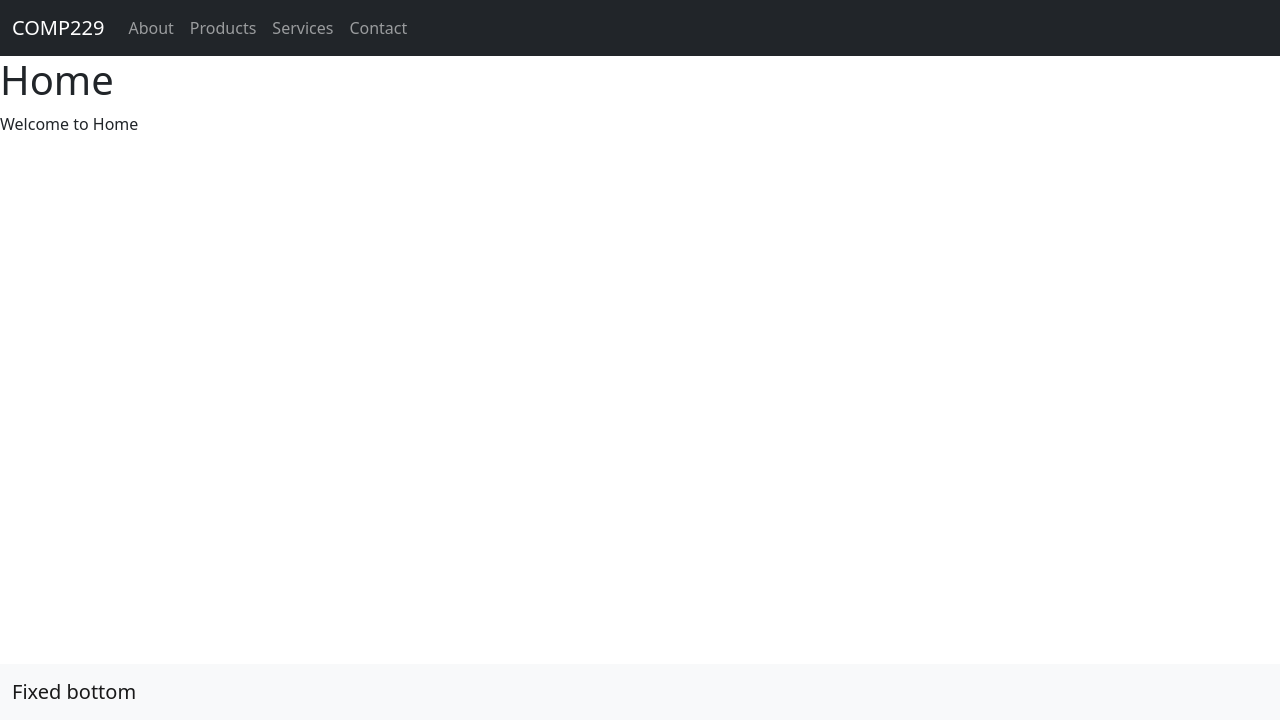
Repository: BlessingAjiboye/WEEK3DEP
Page: http://localhost/
These files come from the project's save history. The page is drawn as it stood at one moment and after the next save; the edit follows.
The browser window is 1280 px wide. The pictures show the whole page.
The page is served by the project's Node server (server.js).

Above is the page before, as saved 2022-09-21 12:40:50.

After the next save:
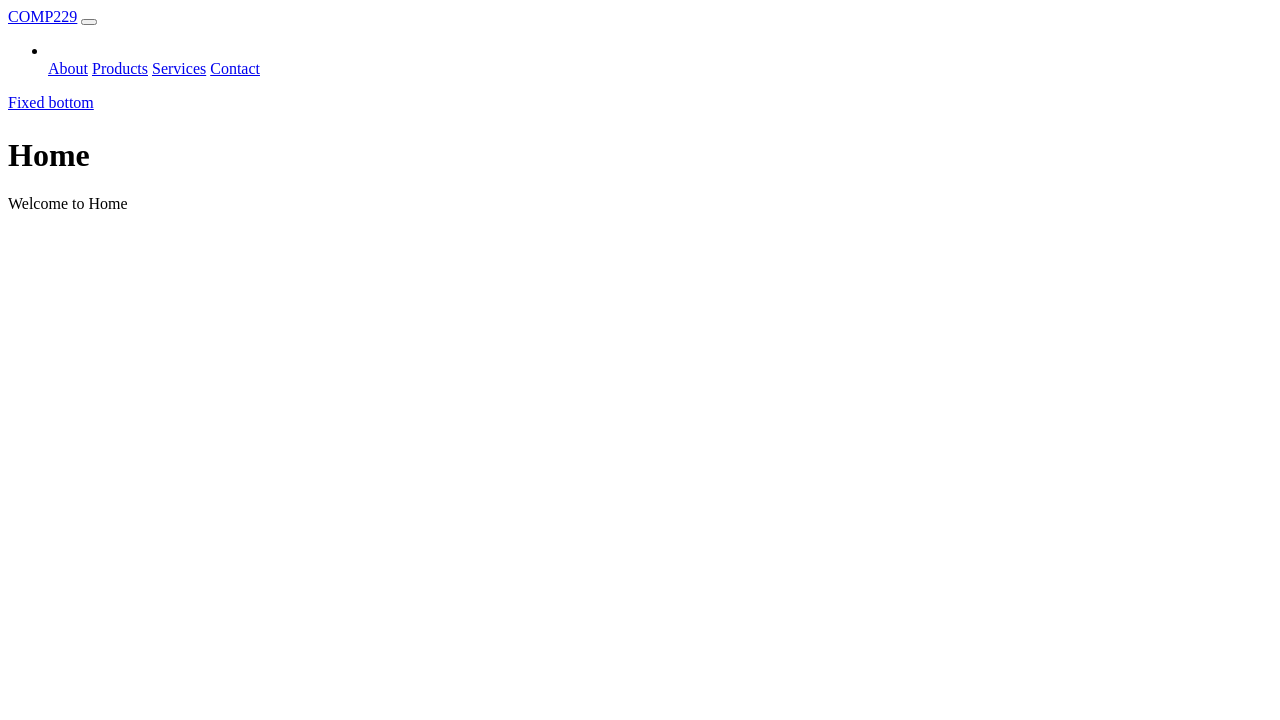
Saved 17 min 21 s later.
--- a/views/index.ejs
+++ b/views/index.ejs
@@ -1,17 +1,6 @@
-<!DOCTYPE html>
-<html lang="en">
-<head>
-  <meta charset="UTF-8">
-  <meta http-equiv="X-UA-Compatible" content="IE=edge">
-  <meta name="viewport" content="width=device-width, initial-scale=1.0">
-  <title><%= title %></title>
-  <!--css section-->
-  <link rel="stylesheet"href="/bootstrap/dist/css/bootstrap.min.css"/>
-  <link rel="stylesheet"href="@fortawesome/fontawesome-free/css/all.min.css"/>
-  <link rel='stylesheet' href='/Content/app.css' />
-</head>
-<body>
-  <nav class="navbar navbar-expand-lg navbar-dark bg-dark">
+
+
+ <nav class="navbar navbar-expand-lg navbar-dark bg-dark">
     <div class="container-fluid">
       <a class="navbar-brand" href="#">COMP229</a>
       <button class="navbar-toggler" type="button" data-bs-toggle="collapse" data-bs-target="#navbarSupportedContent" aria-controls="navbarSupportedContent" aria-expanded="false" aria-label="Toggle navigation">
@@ -68,8 +57,3 @@
   <p>Welcome to <%= title %></p>
 
   <!--Script section-->
-  <script src="/jquery/dist/jquery.min.js"></script>
-  <script src="/bootstrap/dist/js/bootstrap.min.js"></script>
-  <script src="/Scripts/app.js"></script>
-</body>
-</html>

After the save that followed:
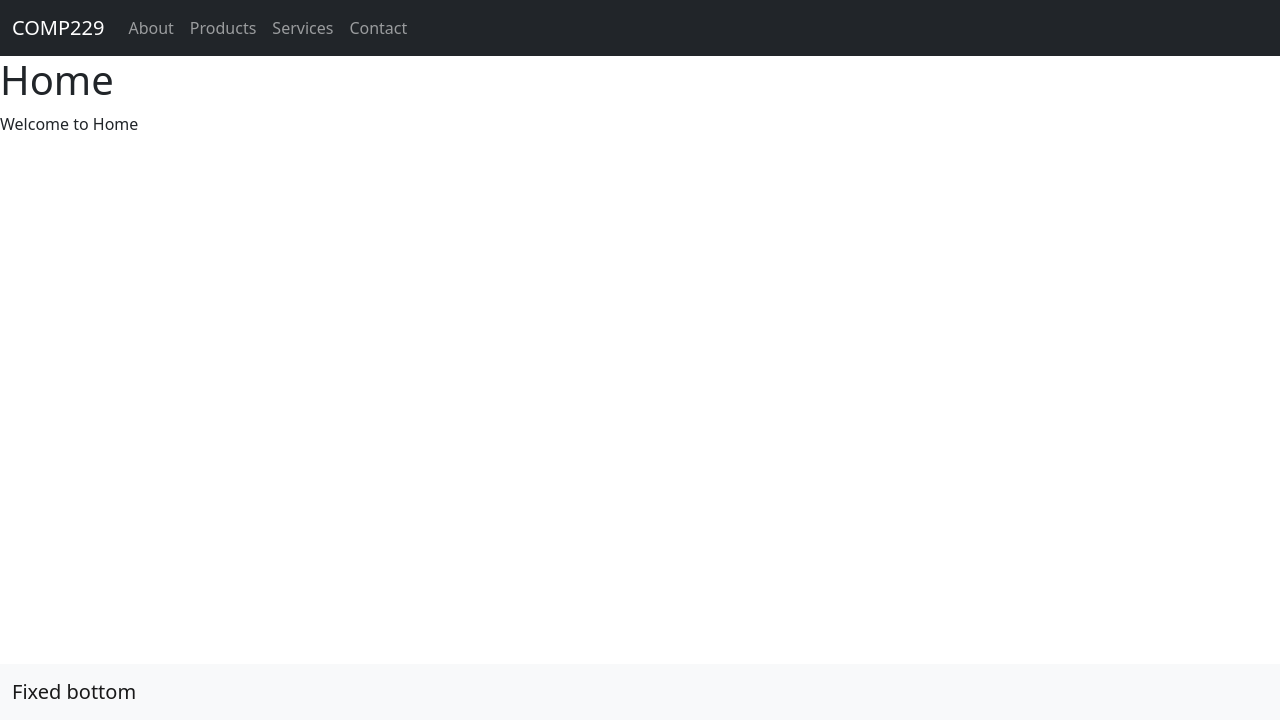
Saved 4 min 40 s later.
--- a/views/index.ejs
+++ b/views/index.ejs
@@ -1,4 +1,4 @@
-
+<%-include partials/header.ejs%>
 
  <nav class="navbar navbar-expand-lg navbar-dark bg-dark">
     <div class="container-fluid">
